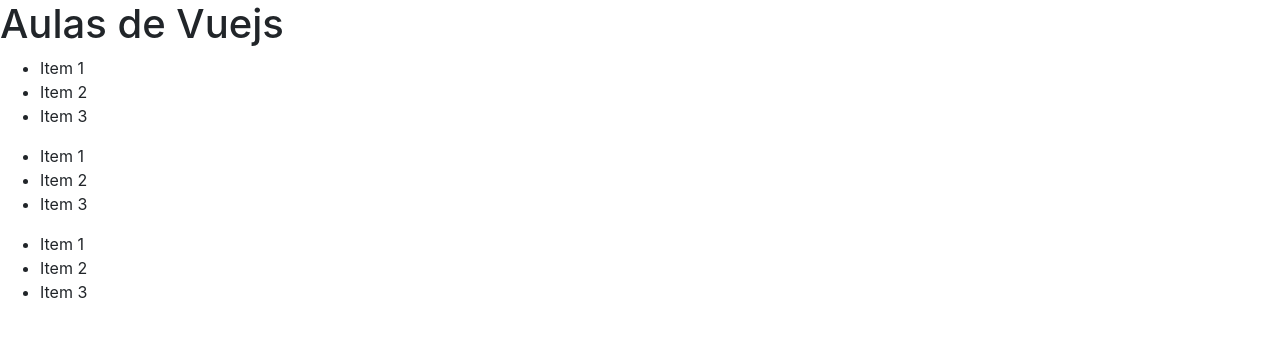
Repository: wolwerr/VueJs-Ninja
Page: Aula-13.html
An editor plug-in stored every save of this project. The page is shown before and after the next save, followed by the edit.
The browser window is 1280 px wide. The pictures show the whole page.

Above is the page before, as saved 2021-10-25 20:55:23.

### Aula-13.html
<!DOCTYPE html>
<html lang="en">
<head>
    <meta charset="UTF-8">
    <meta http-equiv="X-UA-Compatible" content="IE=edge">
    <meta name="viewport" content="width=device-width, initial-scale=1.0">
    <meta http-equiv="X-UA-Compatible" content="IE=edge">
    <title>Aulas de Vuejs</title>
    <link rel="stylesheet" href="https://maxcdn.bootstrapcdn.com/bootstrap/4.0.0/css/bootstrap.min.css" integrity="sha384-Gn5384xqQ1aoWXA+058RXPxPg6fy4IWvTNh0E263XmFcJlSAwiGgFAW/dAiS6JXm" crossorigin="anonymous">
</head>
<body>
    <div id="app">
        <h1>{{ titulo }}</h1>
        <menu-bar></menu-bar>
        <menu-bar></menu-bar>
        <menu-bar></menu-bar>
        </div>

        <template id="nav">
            <nav class="navbar navbar-expand-lg navbar-light bg-light">
                <a class="navbar-brand" href="#">Navbar</a>
                <button class="navbar-toggler" type="button" data-toggle="collapse" data-target="#navbarSupportedContent" aria-controls="navbarSupportedContent" aria-expanded="false" aria-label="Toggle navigation">
                  <span class="navbar-toggler-icon"></span>
                </button>

                <div class="collapse navbar-collapse" id="navbarSupportedContent">
                  <ul class="navbar-nav mr-auto">
                    <li class="nav-item active">
                      <a class="nav-link" href="#">Home <span class="sr-only">(current)</span></a>
                    </li>
                    <li class="nav-item">
                      <a class="nav-link" href="#">Link</a>
                    </li>
                    <li class="nav-item dropdown">
                      <a class="nav-link dropdown-toggle" href="#" id="navbarDropdown" role="button" data-toggle="dropdown" aria-haspopup="true" aria-expanded="false">
                        Dropdown
                      </a>
                      <div class="dropdown-menu" aria-labelledby="navbarDropdown">
                        <a class="dropdown-item" href="#">Action</a>
                        <a class="dropdown-item" href="#">Another action</a>
                        <div class="dropdown-divider"></div>
                        <a class="dropdown-item" href="#">Something else here</a>
                      </div>
                    </li>
                    <li class="nav-item">
                      <a class="nav-link disabled" href="#">Disabled</a>
                    </li>
                  </ul>
                  <form class="form-inline my-2 my-lg-0">
                    <input class="form-control mr-sm-2" type="search" placeholder="Search" aria-label="Search">
                    <button class="btn btn-outline-success my-2 my-sm-0" type="submit">Search</button>
                  </form>
                </div>
              </nav>
        </template>

        <template id="menu">
            <ul>
                <li>Item 1</li>
                <li>Item 2</li>
                <li>Item 3</li>
            </ul>
        </template>

    <script src="https://unpkg.com/vue"></script>

    <script>
        Vue.component('navbar', {
            template: '#navbar',
        })
        Vue.component('menu-bar', {
            template:"#menu"
        });
        var app = new Vue({
            el: "#app",

            data: {
                titulo: "Aulas de Vuejs",



            }
        });
    </script>
</body>
</html>

After the next save:
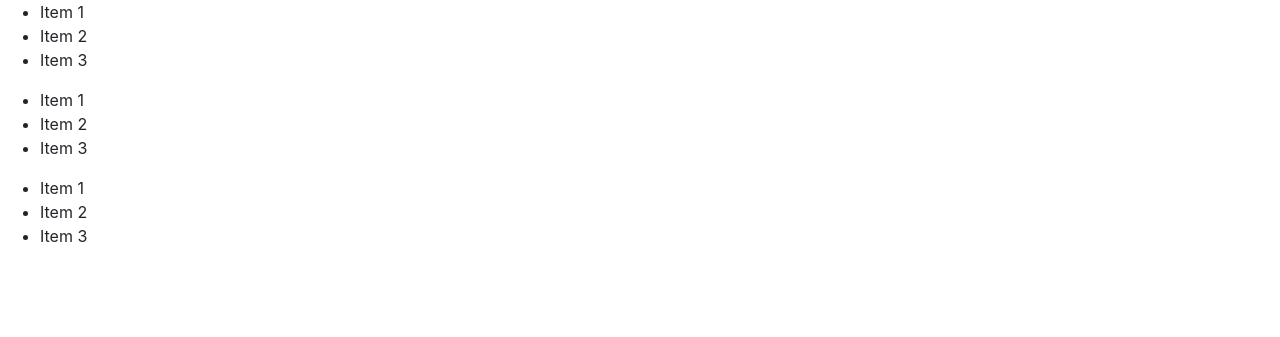
Saved 59 s later.
--- a/Aula-13.html
+++ b/Aula-13.html
@@ -10,7 +10,7 @@
 </head>
 <body>
     <div id="app">
-        <h1>{{ titulo }}</h1>
+        <navbar></navbar>
         <menu-bar></menu-bar>
         <menu-bar></menu-bar>
         <menu-bar></menu-bar>
@@ -66,8 +66,8 @@
 
     <script>
         Vue.component('navbar', {
-            template: '#navbar',
-        })
+            template: '#navbar'
+        });
         Vue.component('menu-bar', {
             template:"#menu"
         });
